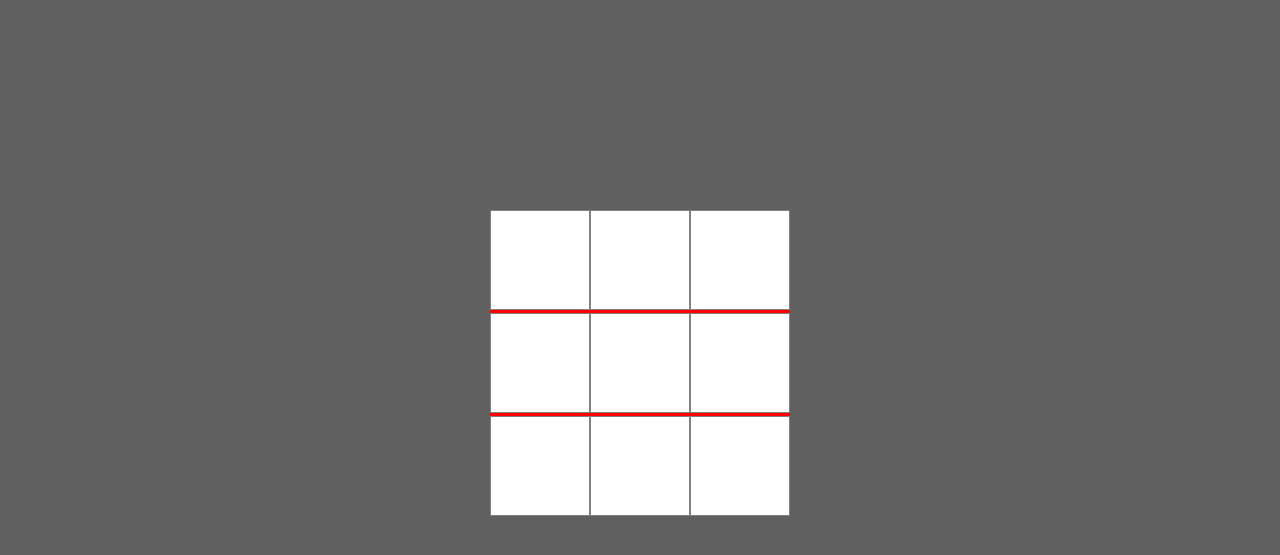
Repository: Minkeani/TIC-TAC_TOE
Page: /
An editor plug-in stored every save of this project. The page is shown before and after the next save, followed by the edit.
The browser window is 1280 px wide. The pictures show the whole page.
Some web fonts or font styles are not loaded; a fallback is used. The project was rebuilt for these pictures with package versions that can differ from the ones it lists, and the page was loaded fresh each time.

Above is the page before, as saved 2022-05-22 12:50:23.

After the next save:
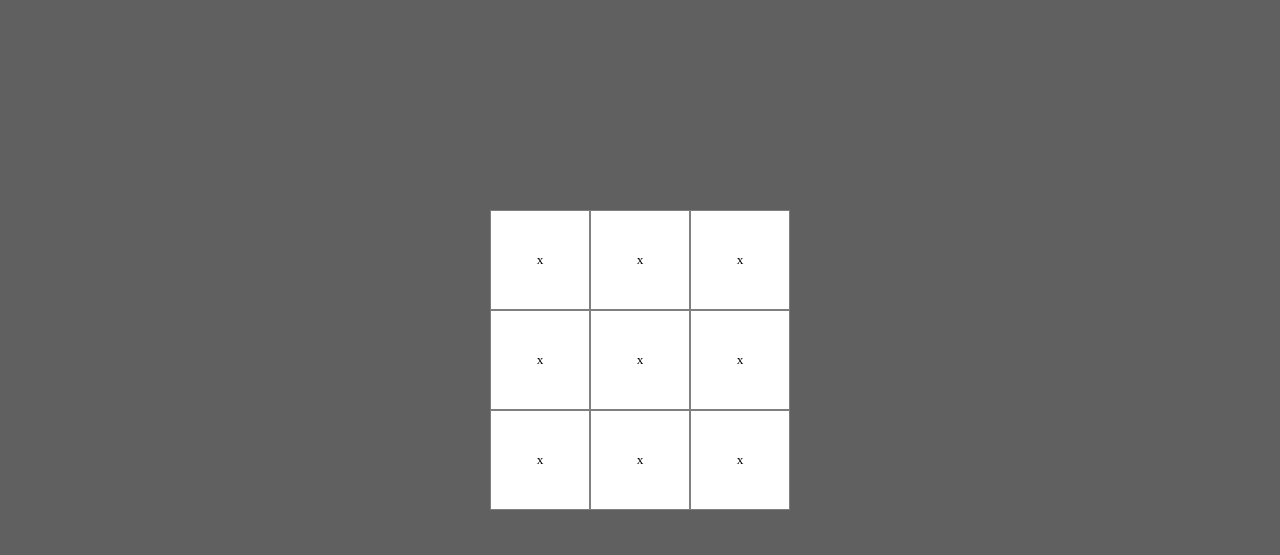
Saved 15 s later.
--- a/src/components/Square.jsx
+++ b/src/components/Square.jsx
@@ -4,7 +4,7 @@
 export default function Square() {
   return (
     <button className='square'>
-
+      x
     </button>
   )
 }
